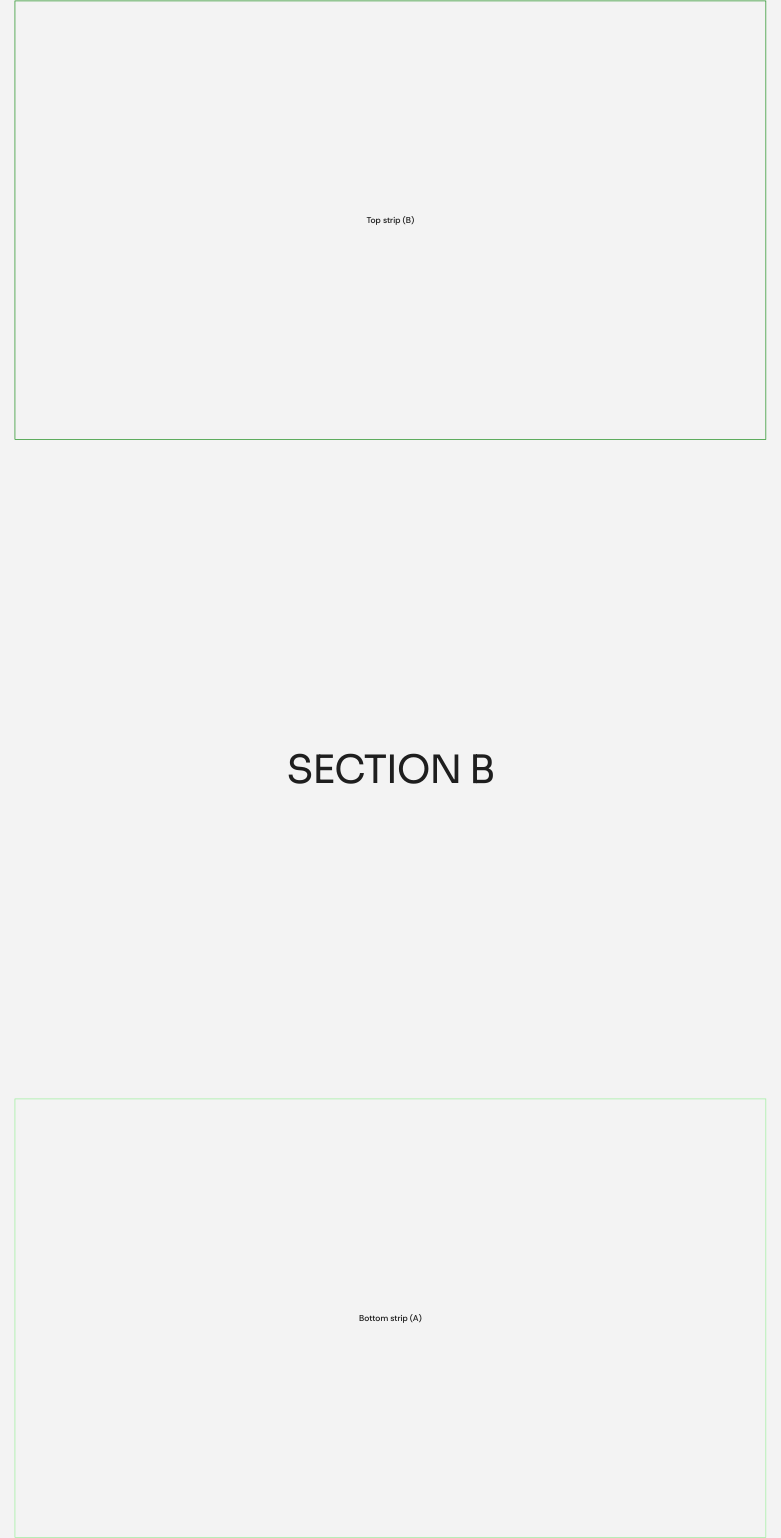
Repository: BwesewB/Offcut
Page: /
The author's editor kept a copy of each file at every save. The page is drawn from the files as they stood at one save, then again after the next save.
The browser window is 1280 px wide. The pictures show the whole page, at 61% of full size.
The project was rebuilt for these pictures with package versions that can differ from the ones it lists, and the page was loaded fresh each time. The framework's server and built-in components were replaced by stand-ins that run in the browser. Also part of the build but not shown: next.config.mjs, app/styles/page.module.css, app/components/molecules/mediaBlock/MediaBlock.module.css, app/components/molecules/mediaBlock/MediaBlock.jsx, app/components/molecules/twoColumn/TwoColumn.module.css, app/components/molecules/twoColumn/TwoColumn.js, app/components/molecules/gridLayout/GridLayout.module.css, app/components/molecules/gridLayout/GridLayout.js.

Above is the page before, as saved 2025-09-19 22:49:41.

### app/layout.js
import "./styles/globals.css";

export const metadata = {
  title: "Offcut",
  description: "Computer Generated by sebfok",
  icons:"/icons/RocksLogoRound.svg"
};

export default function RootLayout({ children }) {
  return (
    <html lang="en">
      <body suppressHydrationWarning={true}>
        {children}
      </body>
    </html>
  );
}

### app/page.js
import styles from "./styles/page.module.css";
import Image from "next/image";
import rock1 from "/public/images/LandscapeRock1.png"
import rock2vert from "/public/images/Rock3-2.png"
import rock2vert2 from "/public/images/Rock3-3.png"
import rock3vert1 from "/public/images/Rock4-3.png"
import rock3vert2 from "/public/images/Rock4-2.png"
import rock3 from "/public/images/LandscapeRock3-1.webp"
import MediaBlock from "./components/molecules/mediaBlock/MediaBlock";
import TwoColumn from "./components/molecules/twoColumn/TwoColumn";
import GridLayout from "./components/molecules/gridLayout/gridLayout";
import ScrollCycle from "./components/atoms/scrollcycle/ScrollCycle";

export default function Home() {
  return (
    <>
    <ScrollCycle
      sectionA={
        <section style={{ minHeight: '150svh', display: 'grid', placeItems: 'center', zIndex: 10, backgroundColor: 'var(--white)' }}>
          <h1>Section A</h1>
        </section>
      }
      sectionB={
        <section style={{ minHeight: '150svh', display: 'grid', placeItems: 'center'}}>
          <h1>Section B</h1>
        </section>
      }
      bottomStripA={
        <div style={{ height: '100%', display: 'grid', placeItems: 'center', border: '1px solid lightGreen' }}>
          <p>Bottom strip (A)</p>
        </div>
      }
      topStripB={
        <div style={{ height: '100%', display: 'grid', placeItems: 'center', border: '1px solid green' }}>
          <p>Top strip (B)</p>
        </div>
      }
    />

      {/* <main className="pageLayout">
        <div className={styles.heroContainer}>
          <h1 className={styles.title}>Offcut</h1>
          <MediaBlock image={rock1} alt="A stone on a white background" fit="height"/>
        </div>



        <TwoColumn
          left={
            <TwoColumn
              left={
                <div>
                  <p>
                    Offcut is a collection of computer generated stone shapes, created by Sebastien Fok.
                    Each stone is unique and generated using a combination of algorithms and randomization techniques.
                    The stones are designed to be used as decorative elements in various design projects, such as websites,
                    print materials, and digital art. The collection is constantly growing, with new stones being added regularly.
                  </p>
                  <MediaBlock image={rock2vert2} alt="A stone on a white background" fit="height"/>
                </div>

              }

            />
          }
          right={
            <MediaBlock image={rock2vert} alt="A stone on a white background"/>
          }
        />
        <GridLayout columns={5} height="300px">
          <div style={{ gridColumn: '1 / 2' }}><MediaBlock image={rock3vert1} alt="A stone on a white background" fit="height"/></div>
          <div style={{ gridColumn: '2 / 3' }}><MediaBlock image={rock3vert2} alt="A stone on a white background" fit="height"/></div>
          <div style={{ gridColumn: '4 / 6' }}><MediaBlock image={rock3} alt="A stone on a white background" fit="height"/></div>
        </GridLayout>
      </main> */}
    </>
  );
}

### app/styles/globals.css
:root {
  --black: #1e1e1e;
  --white: #f3f3f3;

  --font-primary: 'Sora', sans-serif;
  --font-secondary: 'Rethink Sans', sans-serif;
  --sidePadding: 24px;
  --gap: 12px;
  --layoutSpacing: 48px;
  --containerHeight: clamp(30vw, 40vw, 50vw);
}

html,
body {
  padding: 0;
  margin: 0;
  max-width: 1920px;
  background-color: var(--white);
}

body {
  padding-left: var(--sidePadding);
  padding-right: var(--sidePadding);
}

@font-face {
  font-family: 'Sora';
  src: url('/fonts/Sora-Regular.ttf') format('truetype');
  font-weight: 400;
  font-style: normal;
}

@font-face {
  font-family: 'Sora';
  src: url('/fonts/Sora-Medium.ttf') format('truetype');
  font-weight: 500;
  font-style: normal;
}

@font-face {
  font-family: 'Sora';
  src: url('/fonts/Sora-Bold.ttf') format('truetype');
  font-weight: 700;
  font-style: normal;
}

@font-face {
  font-family: 'Rethink Sans';
  src: url('/fonts/RethinkSans-Regular.ttf') format('truetype');
  font-weight: 400;
  font-style: normal;
}

@font-face {
  font-family: 'Rethink Sans';
  src: url('/fonts/RethinkSans-Medium.ttf') format('truetype');
  font-weight: 500;
  font-style: normal;
}

@font-face {
  font-family: 'Rethink Sans';
  src: url('/fonts/RethinkSans-Bold.ttf') format('truetype');
  font-weight: 700;
  font-style: normal;
}

h1, h2, h3, h4, h5, h6 {
  font-family: var(--font-primary);
  color: var(--black);
  font-weight: 400;
}

p {
  font-family: var(--font-secondary);
  font-weight: 500;
  color: var(--black);
  line-height: 1.2;
}

h1 {
  font-size: clamp(3rem, 5vw, 4rem);
  font-weight: 400;
  letter-spacing: clamp(-2px, -0.3vw, -1px);
  text-transform: uppercase;
}

p {
  font-size: 0.875rem;
}

* {
  box-sizing: border-box;
  padding: 0;
  margin: 0;
}

a {
  color: inherit;
  text-decoration: none;
}

.pageLayout {
  display: flex;
  flex-direction: column;
  gap: var(--layoutSpacing);
}

@media (prefers-color-scheme: dark) {

}

### app/components/atoms/scrollcycle/ScrollCycle.jsx
'use client';
import { useEffect, useRef, useState } from 'react';

export default function ScrollCycle({
  sectionA,
  sectionB,
  bottomStripA,
  topStripB,
}) {
  const [main, setMain] = useState('A');            // 'A' | 'B'
  const [tbUnlocked, setTbUnlocked] = useState(false);
  const [tbHeight, setTbHeight] = useState(0);

  // sentinels & refs
  const topRef = useRef(null);        // absolute document top (fires at scrollY === 0)
  const bottomRef = useRef(null);     // 👈 at the very end of the page (after Bottom Buffer)
  const topBufferRef = useRef(null);  // Top Buffer element (for gate)
  const gateActiveRef = useRef(false);

  // guards
  const lockRef = useRef(false);
  const enforcingRef = useRef(false);

  // --- helpers ---

  // We rarely pin now; leaving the helpers in case you want to re-enable.
  const pinTo = (edge) => {
    requestAnimationFrame(() => {
      requestAnimationFrame(() => {
        if (edge === 'bottom') {
          const h = document.documentElement.scrollHeight || document.body.scrollHeight;
          window.scrollTo({ top: h, behavior: 'auto' });
        } else {
          window.scrollTo({ top: 0, behavior: 'auto' });
        }
        setTimeout(() => { lockRef.current = false; }, 180);
      });
    });
  };

  // While TB is locked, keep the user from scrolling into it (stay at ≥ tbHeight)
  const enforceTbLock = () => {
    if (tbUnlocked || tbHeight <= 0) return;
    const y = window.scrollY || 0;
    if (y < tbHeight && !enforcingRef.current) {
      enforcingRef.current = true;
      window.scrollTo({ top: tbHeight, behavior: 'auto' });
      requestAnimationFrame(() => { enforcingRef.current = false; });
    }
  };

  // After returning to A (with TB visible/unlocked), hide TB once you scroll past it,
  // compensating the scroll so there’s no visual jump.
  const activateGate = () => {
    if (gateActiveRef.current) return;
    gateActiveRef.current = true;

    const onScroll = () => {
      const tbEl = topBufferRef.current;
      if (!tbEl) return;
      const rect = tbEl.getBoundingClientRect();
      if (rect.bottom <= 0) {
        // 1) Force instant scroll (no smooth)
        const html = document.documentElement;
        const prevBehavior = html.style.scrollBehavior;
        html.style.scrollBehavior = 'auto';

        // 2) Compensate scroll BEFORE locking TB so layout change doesn’t flash
        const target = Math.max(0, (window.scrollY || 0) - tbHeight);
        window.scrollTo(0, target);

        // 3) Lock TB again (still same frame)
        setTbUnlocked(false);

        // 4) Restore scroll behavior
        html.style.scrollBehavior = prevBehavior || '';

        window.removeEventListener('scroll', onScroll);
        gateActiveRef.current = false;
      }
    };

    window.addEventListener('scroll', onScroll, { passive: true });
  };

  // --- initial setup ---
  useEffect(() => {
    const vh = window.innerHeight || 0;
    setTbHeight(vh);
    // Start user at the top of MAIN (i.e., just below TB). TB is locked, so you can't enter it.
    window.scrollTo({ top: vh, behavior: 'auto' });
  }, []);

  // Enforce TB lock whenever scrolling (only when TB is locked)
  useEffect(() => {
    if (tbUnlocked) return;
    const onScroll = () => enforceTbLock();
    window.addEventListener('scroll', onScroll, { passive: true });
    return () => window.removeEventListener('scroll', onScroll);
  }, [tbUnlocked, tbHeight]);

  // Bottom observer — now at the very end of the page (after Bottom Buffer)
  useEffect(() => {
    const el = bottomRef.current;
    if (!el) return;

    const onHitBottom = (entry) => {
      if (!entry.isIntersecting || lockRef.current) return;
      lockRef.current = true;

      // Swap A -> B and unlock TB (no programmatic scroll → no jump).
      setMain('B');
      setTbUnlocked(true);

      setTimeout(() => { lockRef.current = false; }, 120);
    };

    const io = new IntersectionObserver(
      (entries) => onHitBottom(entries[0]),
      { root: null, threshold: 1 } // true bottom only
    );

    io.observe(el);
    return () => io.disconnect();
  }, []);

  // Top observer — only meaningful when TB is unlocked (so you can reach scrollY === 0)
  useEffect(() => {
    const el = topRef.current;
    if (!el || !tbUnlocked) return;

    const onHitTop = (entry) => {
      if (!entry.isIntersecting || lockRef.current) return;
      lockRef.current = true;

      // Switch back to A (we're already at top; no programmatic scroll needed).
      setMain('A');
      // Start the gate so TB re-locks once you scroll down ≥ 100svh
      requestAnimationFrame(() => activateGate());

      setTimeout(() => { lockRef.current = false; }, 120);
    };

    const io = new IntersectionObserver(
      (entries) => onHitTop(entries[0]),
      { root: null, threshold: 1 }
    );

    io.observe(el);
    return () => io.disconnect();
  }, [tbUnlocked]);

  return (
    <main style={styles.page}>
      {/* Top sentinel at absolute top (fires at scrollY === 0) */}
      <div ref={topRef} style={styles.sentinel} />

      {/* Top Buffer — always present; shows B strip. Initially locked via JS. */}
      <section ref={topBufferRef} style={{ ...styles.topBuffer, height: tbHeight || '100svh' }}>
        {topStripB}
      </section>

      {/* Main Stage */}
      <section style={styles.mainStage}>
        {main === 'A' ? sectionA : sectionB}
      </section>

      {/* Bottom Buffer — always present; shows A strip */}
      <section style={{ ...styles.bottomBuffer, height: tbHeight || '100svh' }}>
        {bottomStripA}
      </section>

      {/* 👇 Bottom sentinel at the true end of the page (after Bottom Buffer) */}
      <div ref={bottomRef} style={styles.sentinel} />
    </main>
  );
}

const styles = {
  page: {
    minHeight: '100svh',
    display: 'flex',
    flexDirection: 'column',
  },
  topBuffer: {
    // fixed 100svh region at top; always in DOM
  },
  bottomBuffer: {
    // fixed 100svh region at bottom; always in DOM
  },
  mainStage: {
    // your content defines its own height
  },
  sentinel: { height: 1 },
};

After the next save:
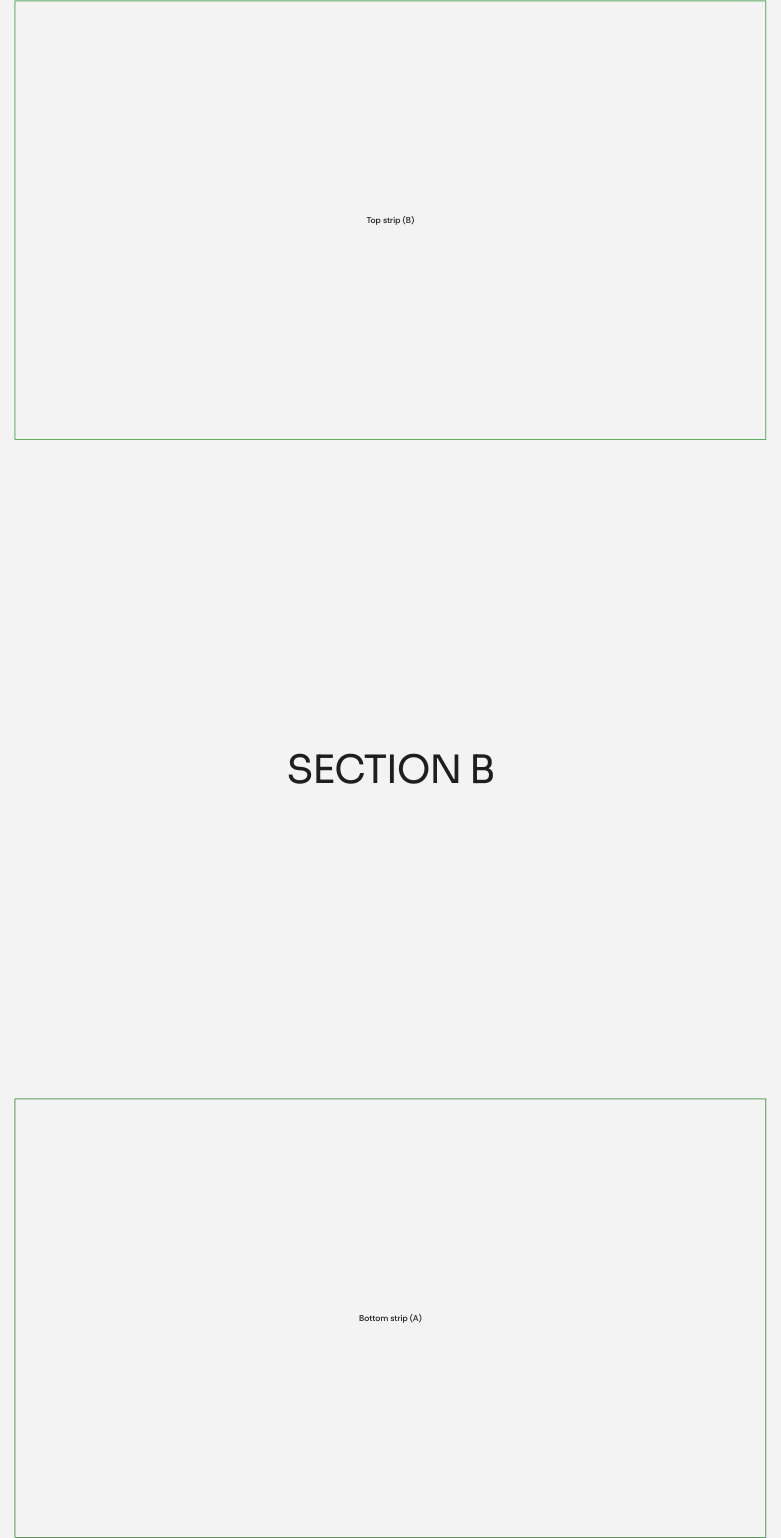
Saved 6 s later.
--- a/app/page.js
+++ b/app/page.js
@@ -26,7 +26,7 @@
         </section>
       }
       bottomStripA={
-        <div style={{ height: '100%', display: 'grid', placeItems: 'center', border: '1px solid lightGreen' }}>
+        <div style={{ height: '100%', display: 'grid', placeItems: 'center', border: '1px solid darkGreen' }}>
           <p>Bottom strip (A)</p>
         </div>
       }
